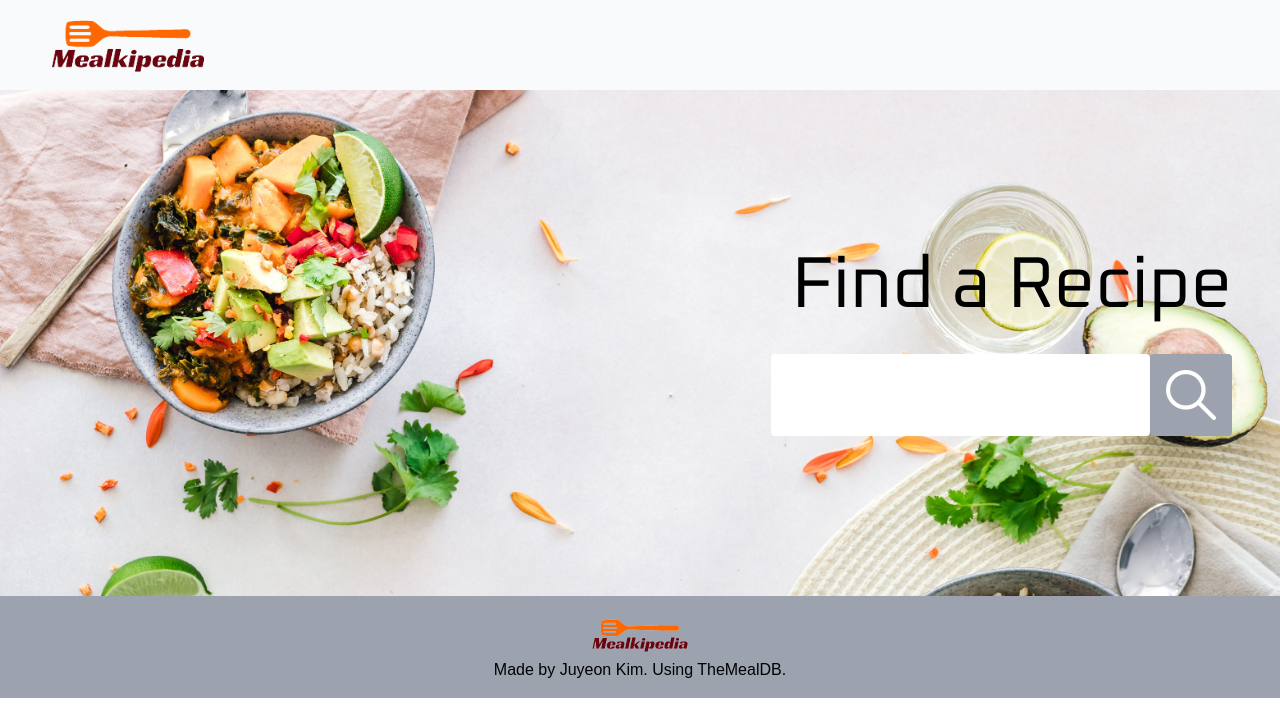
Repository: Jay-JYKim91/grj_mealkipedia
Page: /
An editor plug-in stored every save of this project. The page is shown before and after a run of saves, followed by the edit.
The browser window is 1280 px wide. The pictures show the whole page.
Some web fonts or font styles are not loaded; a fallback is used. The project was rebuilt for these pictures with package versions that can differ from the ones it lists, and the page was loaded fresh each time. Also part of the build but not shown: src/pages/recipe/recipe.tsx, src/pages/search/search.tsx.

Above is the page before, as saved 2022-06-21 15:39:07.

After the next 2 saves:
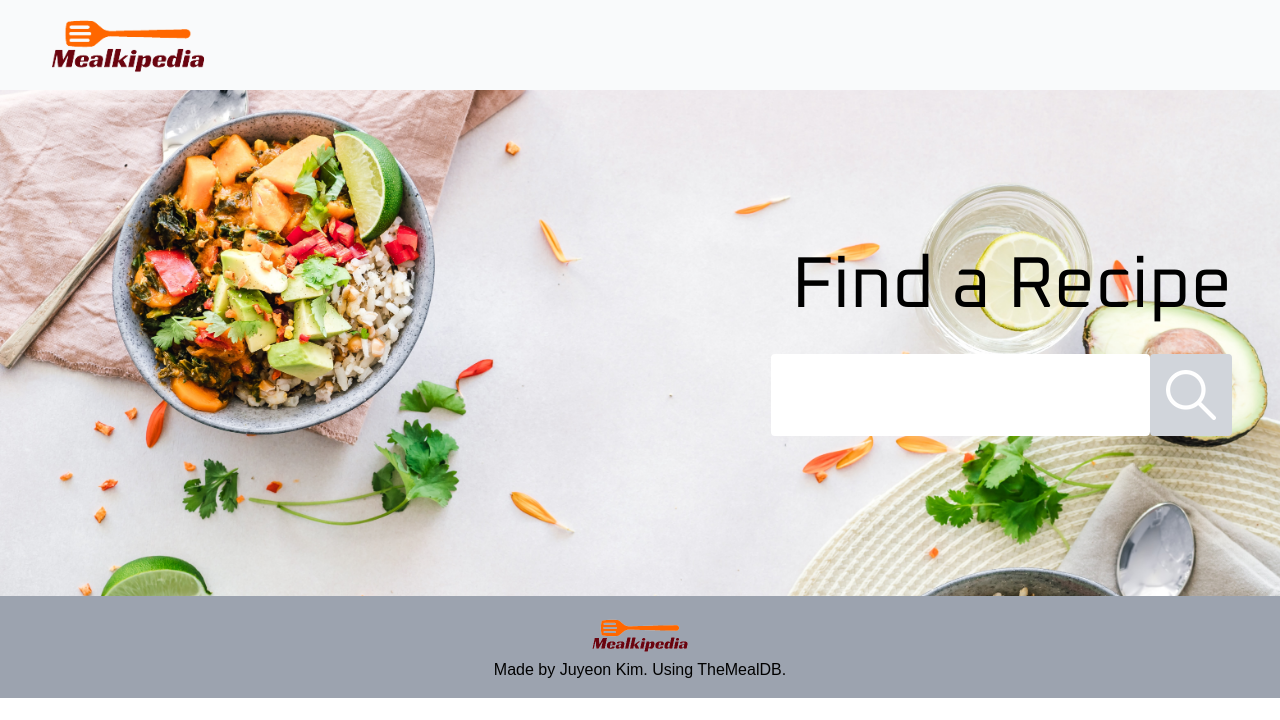
The 2 saves are shown as one change because they came seconds apart.
The last was saved 59 s later.
--- a/src/pages/home/home.tsx
+++ b/src/pages/home/home.tsx
@@ -7,7 +7,7 @@ const Home: React.FC = () => {
             <h1 className="font-body1_font text-7xl mb-8">Find a Recipe</h1>
             <div className="flex justify-end rounded">
                 <input type="search" className="p-4 text-3xl font-body1_font rounded" />
-                <button className="p-4 bg-gray-400 rounded">
+                <button className="p-4 bg-gray-300 rounded">
                     <img src="./search.png" alt="search" />
                 </button>
             </div>
